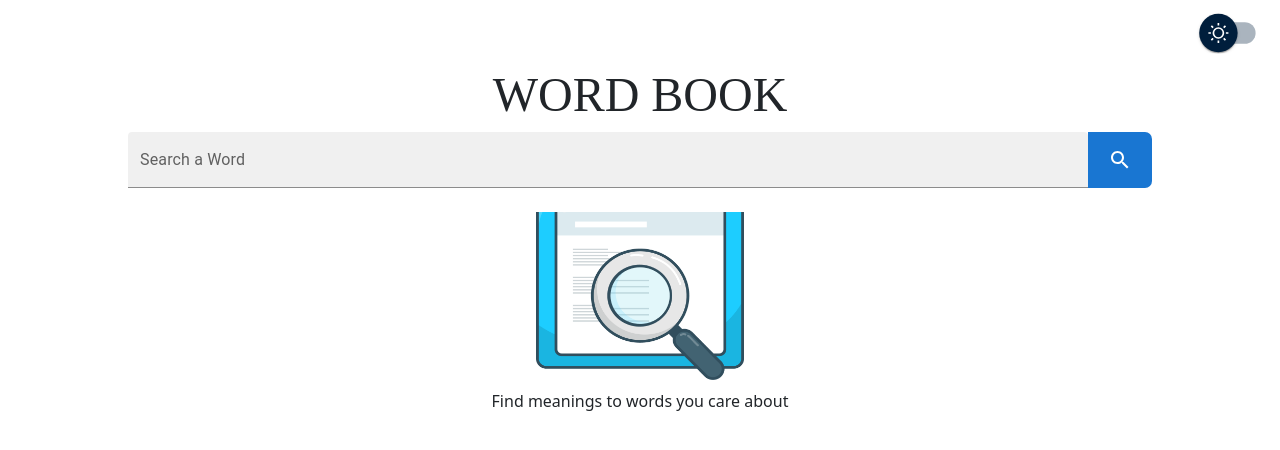
Repository: marveldev/my-dictionary
Page: /
These files come from the project's save history. The page is drawn as it stood at one moment and after the next save; the edit follows.
The browser window is 1280 px wide. The pictures show the whole page.
The project was rebuilt for these pictures with package versions that can differ from the ones it lists, and the page was loaded fresh each time. Also part of the build but not shown: src/components/themeSwitcher/MUISwitch.jsx.

Above is the page before, as saved 2022-05-29 18:15:50.

### public/index.html
<!DOCTYPE html>
<html lang="en">
  <head>
    <meta charset="utf-8" />
    <meta name="viewport" content="width=device-width, initial-scale=1" />
    <meta name="theme-color" content="#000000" />
    <meta name="description" content="Web site created using create-react-app" />
    <link
      href="https://cdn.jsdelivr.net/npm/bootstrap@5.1.3/dist/css/bootstrap.min.css"
      rel="stylesheet"
      integrity="sha384-1BmE4kWBq78iYhFldvKuhfTAU6auU8tT94WrHftjDbrCEXSU1oBoqyl2QvZ6jIW3"
      crossorigin="anonymous"
    />
    <link rel="apple-touch-icon" href="./icon-192x192.png" />
    <link rel="icon" href="./icon-192x192.png" />
    <link rel="manifest" href="./manifest.json" />
    <title>My Dictionary</title>
  </head>
  <body>
    <noscript>You need to enable JavaScript to run this app.</noscript>
    <div id="root"></div>
  </body>
</html>

### src/index.js
import React from 'react'
import ReactDOM from 'react-dom'
import App from './App'
import swDev from './swDev'
import './index.css'

ReactDOM.render(
  <React.StrictMode>
    <App />
  </React.StrictMode>,
  document.getElementById('root'),
)
swDev()

### src/App.js
import { useState } from 'react'
import { createTheme } from '@mui/material'
import { Form, Output, ThemeSwitcher } from './components'

const App = () => {
  const [definitions, setDefinitions] = useState([])
  const [appMode, setAppMode] = useState('online')
  const [isLoading, setIsLoading] = useState(null)

  const storedTheme = localStorage.getItem('theme') || 'light'
  const [theme, setTheme] = useState(storedTheme)

  const themePalette = createTheme({
    palette: {
      mode: theme,
    },
  })

  return (
    <div className={`${theme} app`}>
      <div className="top-column top-0 w-100 pb-4">
        <ThemeSwitcher setTheme={setTheme} theme={theme} themePalette={themePalette} />
        <h1 className="text-center">{definitions?.word || 'WORD BOOK'}</h1>
        <Form
          setDefinitions={setDefinitions}
          themePalette={themePalette}
          setAppMode={setAppMode}
          setIsLoading={setIsLoading}
        />
      </div>

      <Output definitions={definitions} appMode={appMode} isLoading={isLoading} />
    </div>
  )
}

export default App

### src/swDev.js
export default function swDev() {
  let swUrl = `${process.env.PUBLIC_URL}/sw.js`
  navigator.serviceWorker.register(swUrl).then(response => {
    console.warn("response", response)
  })
}

### src/index.css
body {
  margin: 0;
}

.app {
  width: 100%;
  height: 100vh;
  transition: all 0.5s linear 0s;
  overflow: auto;
}

.app::-webkit-scrollbar {
  display: none;
}

.top-column {
  position: fixed;
  background: #fff;
  z-index: 1;
  transition: all 0.5s linear 0s;
}

.theme-switcher {
  text-align: right;
  margin: 1em 0.3em;
}

h1 {
  font-size: 3em;
  font-family: 'Montserrat light', serif;
}

.form {
  width: 80%;
}

#searchButton {
  border-radius: 0 0.5em 0.5em 0;
  box-shadow: none;
}

.output {
  margin: 11.3em auto 0;
  padding-bottom: 1em;
}

.search-illustration {
  width: 13em;
  height: 13em;
  object-fit: contain;
}

.definition-header {
  padding: 1em 2em;
  font-family: 'Montserrat Medium', serif;
}

.volume-icon {
  transform: scale(1.8);
  color: #000;
}

.definitions-wrapper {
  width: 80%;
  background: #f0f0f0;
}

.definition {
  background: #3b5360;
}

button:active {
  transform: translateY(0.2em);
}

.dark {
  background: #282c34;
  color: #fff;
}

.dark #searchButton {
  background: #1174ff;
  color: #fff;
}

.dark .top-column {
  background: #282c34;
}

.dark .definitions-wrapper {
  background: #3b3f46;
}

.dark .definition {
  background: #355c6c;
}

.dark .volume-icon {
  color: #fff;
}

@media screen and (max-width: 628px) {
  .form {
    width: 95%;
  }

  .output {
    margin-top: 12em;
  }

  .definition-header {
    padding: 0.5em 0;
  }

  .definitions-wrapper {
    width: 95%;
    padding: 0 1em;
  }
}

### src/components/index.js
export { default as Form } from './form/Form'
export { default as Output } from './output/Output'
export { default as ThemeSwitcher } from './themeSwitcher/ThemeSwitcher'

### src/components/form/Form.jsx
import { useState } from 'react'
import debounce from 'lodash.debounce'
import wordList from 'word-list-json'
import { TextField, ThemeProvider, Autocomplete, Button } from '@mui/material'
import SearchIcon from '@mui/icons-material/Search'

const Form = ({ setDefinitions, themePalette, setIsLoading, setAppMode }) => {
  const [filteredWords, setFilteredWords] = useState([])
  const [word, setWord] = useState('')

  const url = `https://api.dictionaryapi.dev/api/v2/entries/en/${word}`

  const doWordFilter = debounce(value => {
    if(value.trim().length >= 1) {
      const wordFilter = wordList?.filter(word => word.startsWith(value.toLowerCase())).slice(0, 30)
      setFilteredWords(wordFilter)
    } else {
      setFilteredWords([])
      setWord('')
      setDefinitions([])
    }
  }, 300)

  const fetchDefinition = async event => {
    event?.preventDefault()
    if (word.trim().length >= 1) {
      setIsLoading(true)

      try {
        const response = await fetch(url)
        const data = await response.json()
        if (data) {
          setIsLoading(null)
          setDefinitions(data[0])
          setAppMode('online')
        }
      } catch (error) {
        setAppMode('offline')
        setDefinitions([])
      }
    }
  }

  return (
    <ThemeProvider theme={themePalette}>
      <>
        <Autocomplete
          freeSolo
          disableClearable
          options={filteredWords.map(word => word)}
          onChange={(event, value) =>
            setWord(value)
          }
          renderInput={params =>
            <form
              className="form d-flex m-auto"
              onSubmit={event => fetchDefinition(event)}
            >
              <TextField
                {...params}
                variant="filled"
                label="Search a Word"
                onChange={event => doWordFilter(event.target.value)}
              />
              <Button type="submit" variant="contained" id="searchButton">
                <SearchIcon />
              </Button>
            </form>
          }
        />
      </>
    </ThemeProvider>
  )
}

export default Form

### src/components/output/Output.jsx
import { IconButton } from '@mui/material'
import VolumeUpIcon from '@mui/icons-material/VolumeUp'
import { searchIllustration, loader } from '../assets'

const Output = ({ definitions, isLoading, appMode }) => {
  const playWord = (url) => {
    const audio = new Audio(url)
    audio?.play()
  }

  return (
    <div className="output">
      {isLoading && appMode === 'online' && (
        <div className="text-center">
          <img src={loader} alt="loading" />
        </div>
      )}

      {!isLoading && (
        <>
          {!definitions && (
            <div className="text-center fs-4 px-4">
              😞 we couldn't find definitions for the word you are looking for.
            </div>
          )}

          {definitions?.length <= 0 && (
            <div className="text-center">
              <img src={searchIllustration} className="search-illustration" alt="search illustration" />
              <p>Find meanings to words you care about</p>
            </div>
          )}

          {definitions?.meanings && (
            <div className="definitions-wrapper m-auto pb-4 rounded">
              <div className="definition-header d-flex align-items-center gap-3">
                {definitions.phonetics[0]?.audio && (
                  <IconButton onClick={() => playWord(definitions.phonetics[0]?.audio)}>
                    <VolumeUpIcon className="volume-icon" />
                  </IconButton>
                )}
                <div>
                  <p className="m-0 fs-5">{definitions?.word}</p>
                  {definitions?.phonetic && <p className="m-0">{definitions?.phonetic}</p>}
                </div>
              </div>
              <ul className="mx-lg-5 ps-0">
                {definitions?.meanings.map((meaning, index) => (
                  <li key={index}>
                    <p>"partOfSpeech": {meaning.partOfSpeech}</p>
                    {meaning.definitions?.map((data, index) => (
                      <div key={index} className="definition text-white rounded p-2 mb-3">
                        <p className="fw-bold">{data.definition}</p>
                        <p>
                          <span className="me-2 fw-bold">Example:</span>
                          {data.example}
                        </p>
                        <p className="mb-0">
                          <span className="me-2 fw-bold">Synonyms:</span>
                          {data.synonyms.join(', ')}
                        </p>
                      </div>
                    ))}
                  </li>
                ))}
              </ul>
            </div>
          )}
        </>
      )}

      {appMode === 'offline' && (
        <div className="text-center fs-4">😞 you are in offline mode or some issue with connection.</div>
      )}
    </div>
  )
}

export default Output

### src/components/themeSwitcher/ThemeSwitcher.jsx
import { FormControlLabel } from '@mui/material'
import { MaterialUISwitch } from './MUISwitch'

const ThemeSwitcher = ({ theme, setTheme, themePalette }) => {
  const switchTheme = () => {
    const currentTheme = theme === 'dark' ? 'light' : 'dark'
    setTheme(currentTheme)
    localStorage.setItem('theme', currentTheme)
  }

  return (
    <div className="theme-switcher">
      <FormControlLabel
        label=""
        control={
          <MaterialUISwitch
            theme={themePalette}
            onChange={switchTheme}
            checked={theme === 'dark' && true}
            aria-label="switch theme"
          />
        }
      />
    </div>
  )
}

export default ThemeSwitcher

### src/components/assets/index.js
export { default as searchIllustration } from './searchIllustration.png'
export { default as loader } from './loader.svg'

After the next save:
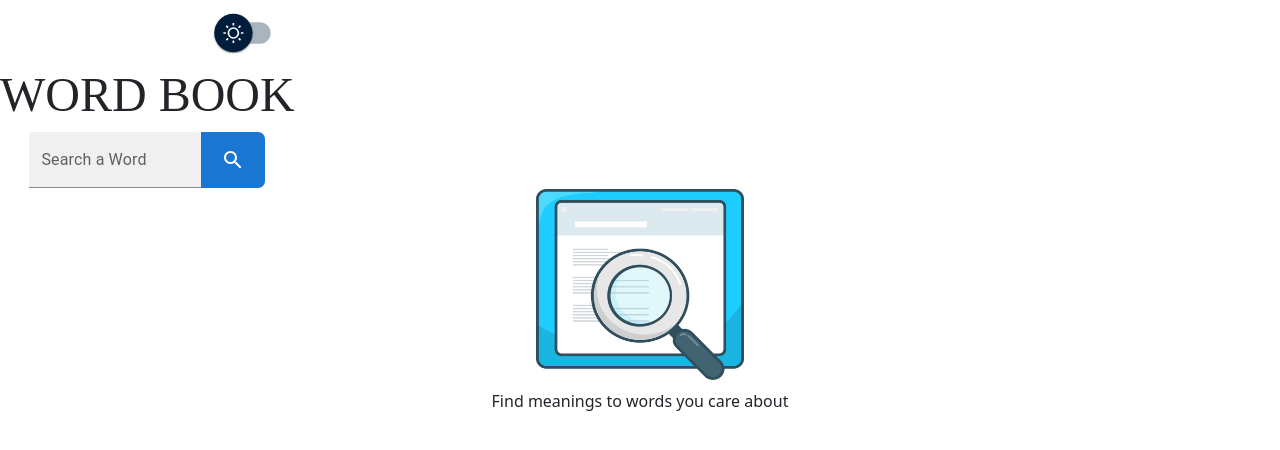
Saved 35 s later.
--- a/src/App.js
+++ b/src/App.js
@@ -18,7 +18,7 @@ const App = () => {
 
   return (
     <div className={`${theme} app`}>
-      <div className="top-column top-0 w-100 pb-4">
+      <div className="top-column">
         <ThemeSwitcher setTheme={setTheme} theme={theme} themePalette={themePalette} />
         <h1 className="text-center">{definitions?.word || 'WORD BOOK'}</h1>
         <Form
